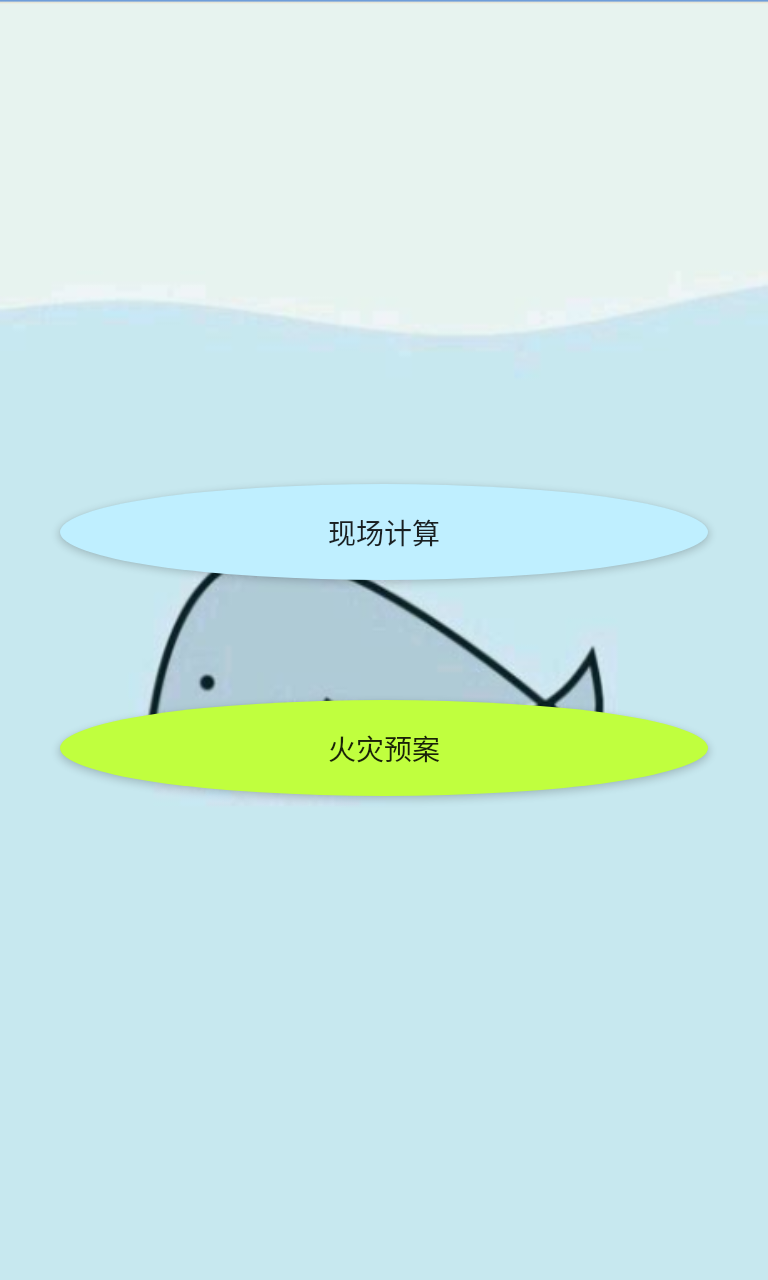
Repository: hohoTT/fireWork_handle_app
Layout: fireWork_handle_app/res/layout/activity_main.xml
An editor plug-in stored every save of this project. The layout is shown before and after the next save, followed by the edit.
It is drawn on a 768 x 1280 px phone screen (xhdpi) without system bars, with theme AppTheme; the app's code is not run.

Above is the layout before, as saved 2016-03-06 11:19:58.

### fireWork_handle_app/res/layout/activity_main.xml
<LinearLayout xmlns:android="http://schemas.android.com/apk/res/android"
    xmlns:tools="http://schemas.android.com/tools"
    android:layout_width="match_parent"
    android:layout_height="match_parent"
    android:gravity="center_vertical"
    android:orientation="vertical"
    android:background="@drawable/bg1" >

	<Button
	    android:id="@+id/btu_fire_calculate"
	    android:layout_width="match_parent"
	    android:layout_height="wrap_content"
	    android:layout_margin="30dp"
	    android:text="@string/fire_calculate"
	    android:background="@drawable/shape_one" />

	<Button
	    android:id="@+id/btu_fire_plan"
	    android:layout_width="match_parent"
	    android:layout_height="wrap_content"
	    android:layout_margin="30dp"
	    android:text="@string/fire_plan"
	    android:background="@drawable/shape_two" />


</LinearLayout>

### fireWork_handle_app/res/values/strings.xml
<?xml version="1.0" encoding="utf-8"?>
<resources>

    <string name="app_name">fireWork_handle_app</string>
    <string name="fire_calculate">现场计算</string>
    <string name="fire_agent">火灾剂用量计算</string>
    <string name="fire_plan">火灾预案</string>
    <string name="normal_fire">一般火灾计算</string>
    <string name="normal_fire_result">一般火灾用水量计算结果</string>
    <string name="oilcan_fire">油罐火灾情况下的计算</string>
    <string name="olican_fire_water">冷却用水量计算</string>
    <string name="olican_fire_foam">泡沫用量计算</string>
    <string name="olican_fire_water_result">该油罐火灾用水量计算结果</string>
    <string name="oilcan_fire_foam_result">该油罐火灾泡沫用量计算结果</string>
    <string name="water_power">供水压力计算</string>
    <string name="water_power_fire">火场供水压力计算</string>
    <string name="water_power_pump">水泵接合器供水技术计算</string>
    <string name="water_power_fire_building">建筑火灾供水压力计算</string>
    <string name="water_power_fire_building_result">建筑火灾火场供水压力计算结果</string>
    <string name="water_power_fire_oilcan">油罐火灾供水压力计算</string>
    <string name="water_power_fire_oilcan_result">油罐火灾供水压力计算结果</string>
    <string name="water_power_pump_low">建高小于50米的供水压力计算</string>
    <string name="water_power_pump_low_result">建高小于50米的供水压力计算结果</string>
    <string name="water_power_pump_high">建高高于50米的供水压力计算</string>
    <string name="water_power_pump_high_result">建高高于50米的供水压力计算结果</string>


    <string name="btu_water_power">供水压力计算</string>
    <string name="btu_oilcan_fire">油罐火灾计算</string>
    <string name="fire_area">请输入过火面积</string>
    <string name="olican_diameter">请输入油罐直径</string>
    <string name="text_olican_type">请选择您需要计算的油罐类型:</string>
    <string name="olican_type_fixed">固定顶油罐</string>
    <string name="olican_type_drift">浮顶油罐</string>
    <string name="olican_fire_foam_area">请输入油罐的燃烧面积</string>
    <string name="olican_fire_foam_flow">请输入流量</string>
    <string name="water_power_fire_building_count_feeder">请输入一条干线支线的数量</string>
    <string name="water_power_fire_building_count_groundline_band">请输入一条干线水带数量</string>
    <string name="water_power_fire_building_count_feeder_band">请输入一条支线水带数量</string>
    <string name="water_power_fire_building_height">请输入高度差</string>

    <string name="water_power_fire_oilcan_count_feeder">请输入一条干线支线的数量</string>
    <string name="water_power_fire_oilcan_count_groundline_band">请输入一条干线水带数量</string>
    <string name="water_power_fire_oilcan_count_feeder_band">请输入一条支线水带数量</string>
    <string name="water_power_fire_oilcan_height">请输入高度差</string>
    <string name="water_power_pump_low_height">请输入建筑高度(小于50米)</string>
    <string name="water_power_pump_high_height">请输入建筑高度(大于50米)</string>



    <string name="text_water">一般火灾中每秒的用水量为 : </string>
    <string name="text_fire_time">10吨消防车可持续灭火的时间为 : </string>
    <string name="text_oilcan_fire_water">该油罐火灾中每秒的用水量为 : </string>
    <string name="text_oilcan_fire_foam_water">该油罐火灾中水的用量为 : </string>
    <string name="text_oilcan_fire_form_stoste">该油罐火灾中泡沫原液的用量为 : </string>
    <string name="text_water_power_fire_building_65">65mm水带建筑火灾的供水压力为 : </string>
    <string name="text_water_power_fire_building_80">80mm水带建筑火灾的供水压力为 : </string>
    <string name="text_water_power_fire_oilcan_65">65mm水带油罐火灾的供水压力为 : </string>
    <string name="text_water_power_fire_oilcan_80">80mm水带油罐火灾的供水压力为 :</string>
    <string name="test_water_power_pump_low_height">该建筑高度下的供水压力为 :</string>
    <string name="test_water_power_pump_high_height">该建筑高度下的供水压力为 :</string>


    <string name="btn_send">提交</string>

    <string name="hello_world">Hello world!</string>
    <string name="action_settings">Settings</string>





</resources>

### fireWork_handle_app/res/drawable/shape_one.xml
<?xml version="1.0" encoding="utf-8"?>
<shape
    xmlns:android="http://schemas.android.com/apk/res/android"

  android:shape="oval">

    <!-- 填充的颜色 -->

    <solid android:color="#BFEFFF"/>

     <!-- 设置按钮的四个角为弧形 -->

     <!-- android:radius 弧形的半径 -->

     <corners android:radius="360dip"/>



     <!-- padding: Button 里面的文字与Button边界的间隔 -->

     <padding

        android:left="10dp"

        android:top="10dp"

        android:right="10dp"

        android:bottom="10dp"

     />

</shape>

### fireWork_handle_app/res/drawable/shape_two.xml
<?xml version="1.0" encoding="utf-8"?>
<shape
    xmlns:android="http://schemas.android.com/apk/res/android"

  android:shape="oval">

    <!-- 填充的颜色 -->

    <solid android:color="#C0FF3E"/>

     <!-- 设置按钮的四个角为弧形 -->

     <!-- android:radius 弧形的半径 -->

     <corners android:radius="360dip"/>



     <!-- padding: Button 里面的文字与Button边界的间隔 -->

     <padding

        android:left="10dp"

        android:top="10dp"

        android:right="10dp"

        android:bottom="10dp"

     />

</shape>

Loaded but not shown: fireWork_handle_app/res/values/styles.xml (common file); fireWork_handle_app/res/values-v11/styles.xml (common file); fireWork_handle_app/res/values-v14/styles.xml (common file)

After the next save:
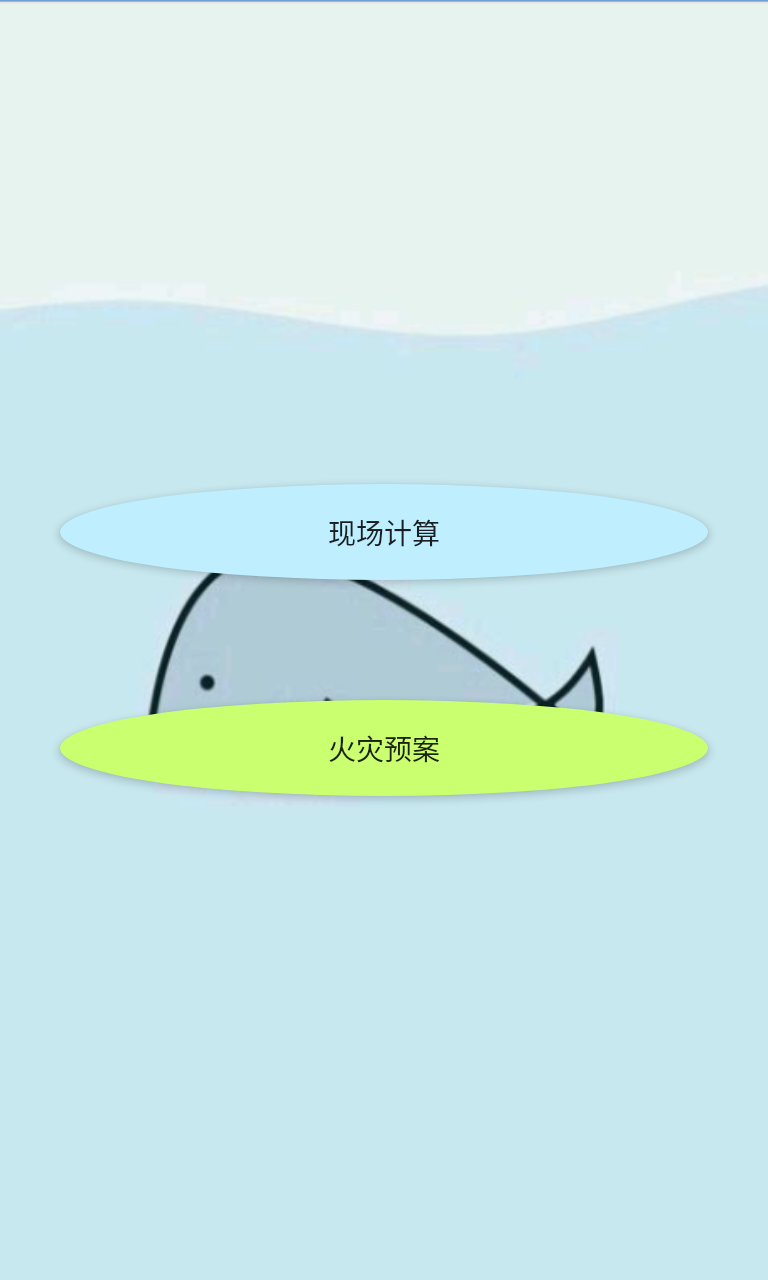
Saved 18 s later.
--- a/fireWork_handle_app/res/drawable/shape_two.xml
+++ b/fireWork_handle_app/res/drawable/shape_two.xml
@@ -6,7 +6,7 @@
 
     <!-- 填充的颜色 -->
 
-    <solid android:color="#C0FF3E"/>
+    <solid android:color="#CAFF70"/>
 
      <!-- 设置按钮的四个角为弧形 -->
 
